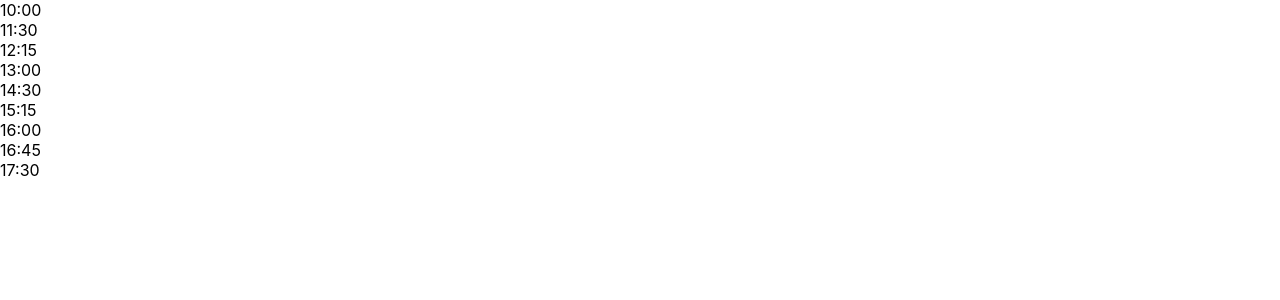
Repository: Andriy-Ma/WorkTimeTask
Page: /
These files come from the project's save history. The page is drawn as it stood at one moment and after the next save; the edit follows.
The browser window is 1280 px wide. The pictures show the whole page.
The project was rebuilt for these pictures with package versions that can differ from the ones it lists, and the page was loaded fresh each time. Also part of the build but not shown: src/App.css.

Above is the page before, as saved 2022-08-31 14:17:08.

After the next save:
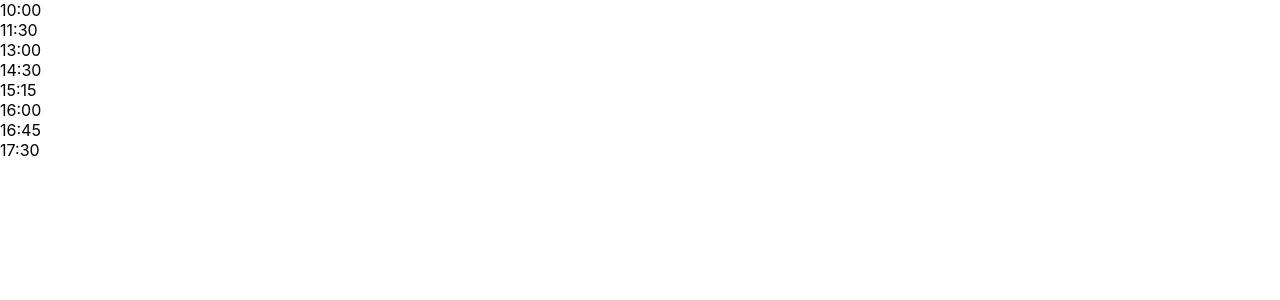
Saved 56 s later.
--- a/src/App.js
+++ b/src/App.js
@@ -45,7 +45,7 @@ function App() {
       let SlotsWithStartDuration = arrayOfFreeSlots.filter(elem => elem.split(':')[0] === startDuration.split(':')[0] && +elem.split(':')[1] <= +startDuration.split(':')[1]);
       let SlotsWithEndDuration = arrayOfFreeSlots.filter(elem => elem.split(':')[0] === endDuration.split(':')[0] && +elem.split(':')[1] < +endDuration.split(':')[1]);
       arrayOfFreeSlots = arrayOfFreeSlots.filter((item,i) => item !== SlotsWithStartDuration[1]);
-
+      arrayOfFreeSlots = arrayOfFreeSlots.filter((item,i) => item !== SlotsWithEndDuration[0]);
       console.log(SlotsWithEndDuration);
     });
 
